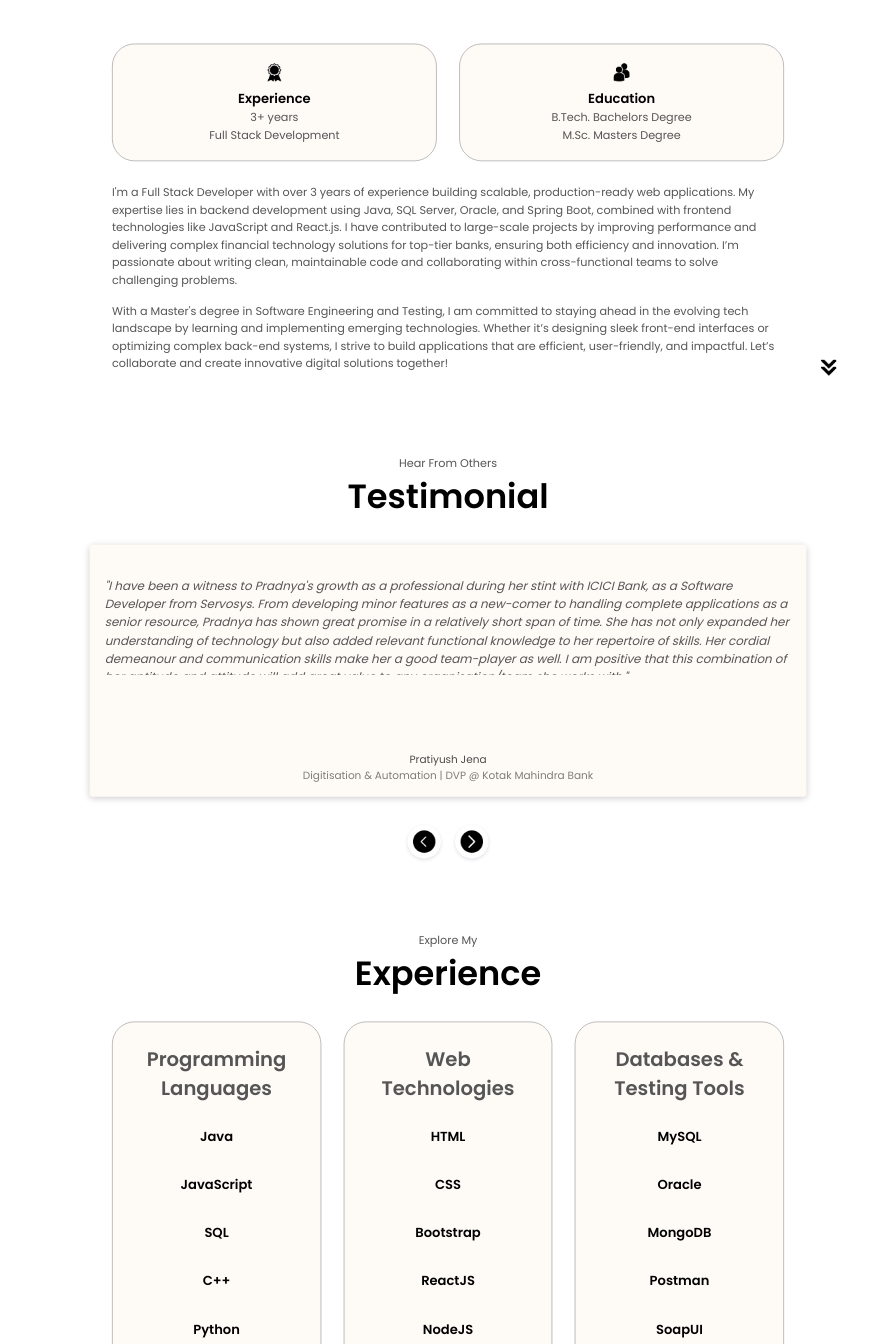
Repository: Pradnya-07/Portfolio-Pradnya
Page: index.html
These files come from the project's save history. The page is drawn as it stood at one moment and after the next save; the edit follows.
The browser window is 1280 px wide. The pictures show the part of the page from y = 925 to 2845 px (the page is 5307 px tall), at 70% of full size.

Above is the page before, as saved 2025-05-02 11:38:56.

After the next save:
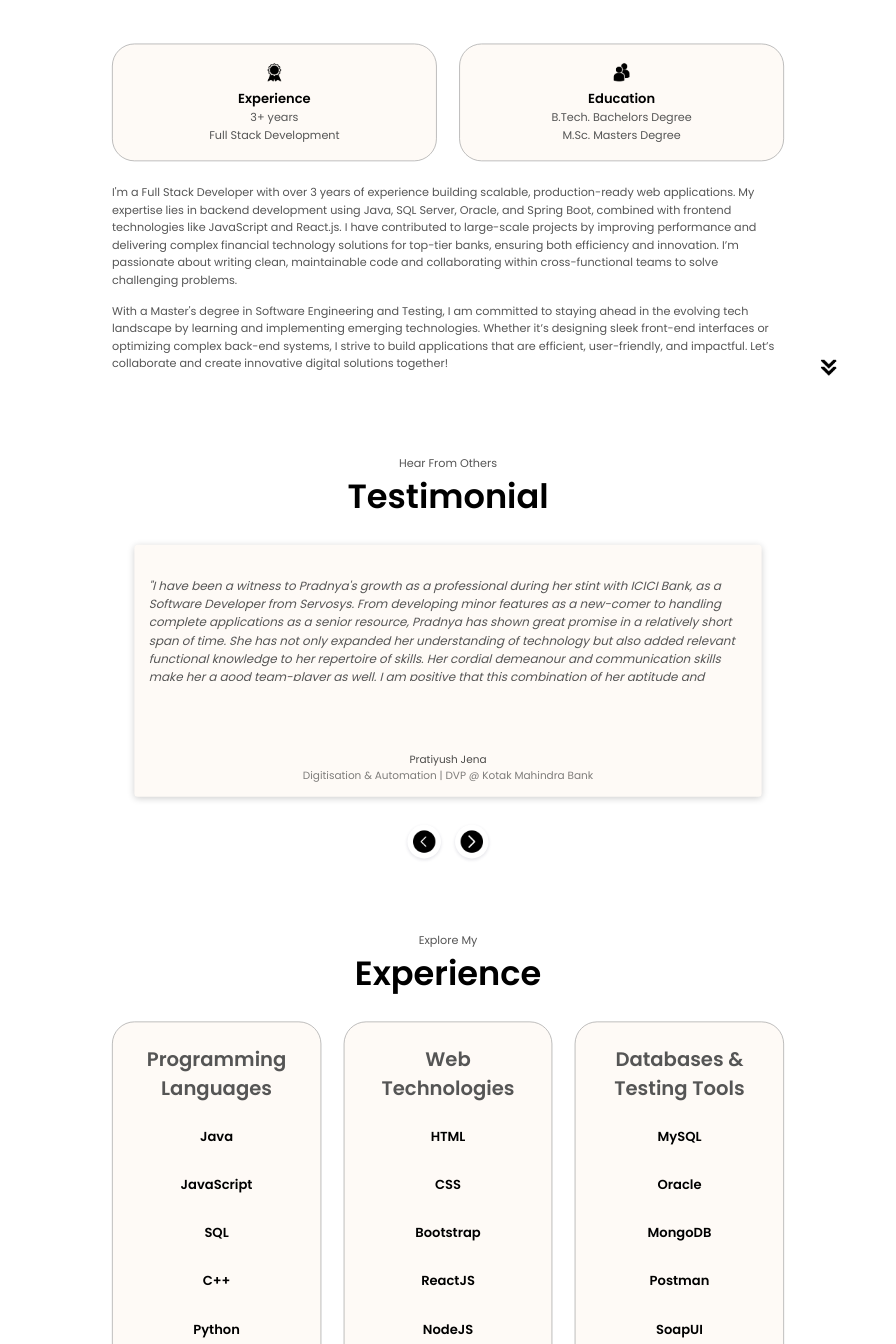
Saved 2 min 47 s later.
--- a/style.css
+++ b/style.css
@@ -467,7 +467,7 @@ h2 {
 
 .testimonial {
   height: 50vh;
-  width: 80vw;
+  width: 70vw;
   margin: 2rem;
   padding: 45px 20px 20px;
   background-color: rgb(232 188 130 / 7%);
